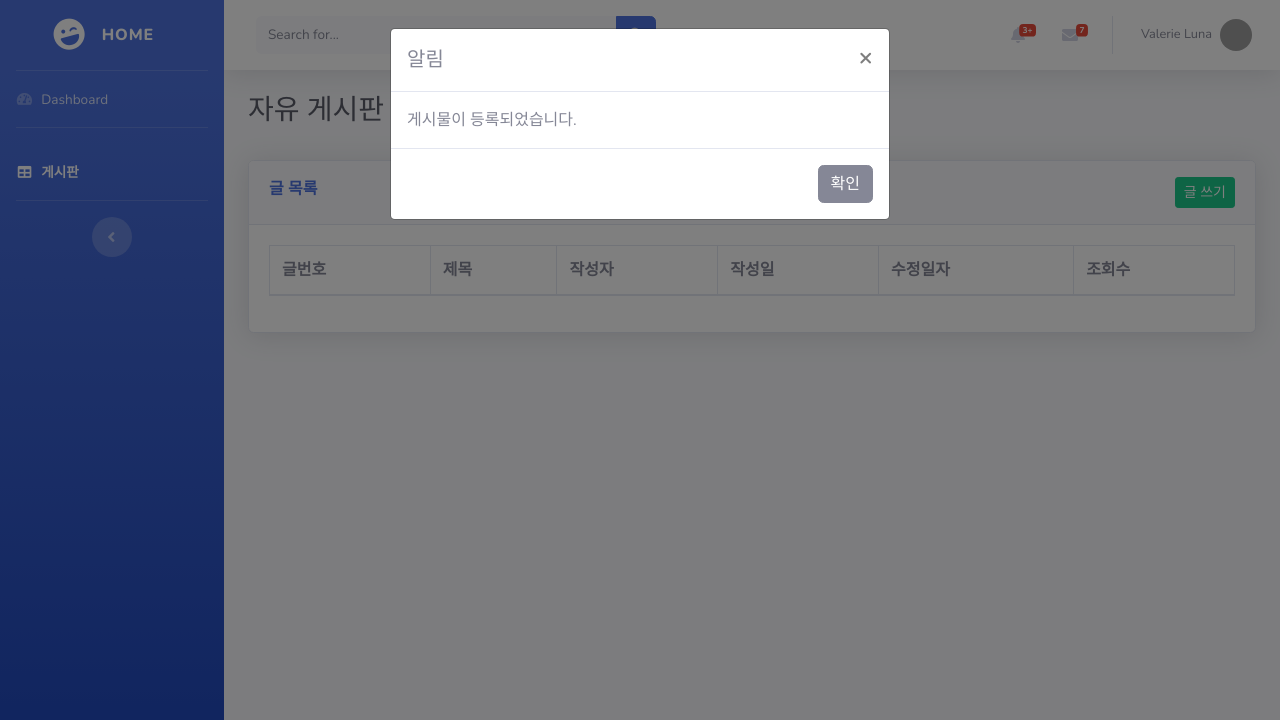
Repository: superThisMe/spring-basic
Page: http://localhost/06.spring-board-a/WEB-INF/views/board/list.jsp
These files come from the project's save history. The page is drawn as it stood at one moment and after a run of saves; the edit follows.
The browser window is 1280 px wide. The pictures show the whole page.
Pictures or frames that could not be fetched are drawn as grey boxes. The page is served by Tomcat 9. Nobody is signed in. The template is opened directly, without the code that normally fills it, so the values that code supplies are empty.

Above is the page before, as saved 2019-12-24 08:03:05.
Console error: TypeError: Cannot read properties of null (reading 'length')

After the next 2 saves:
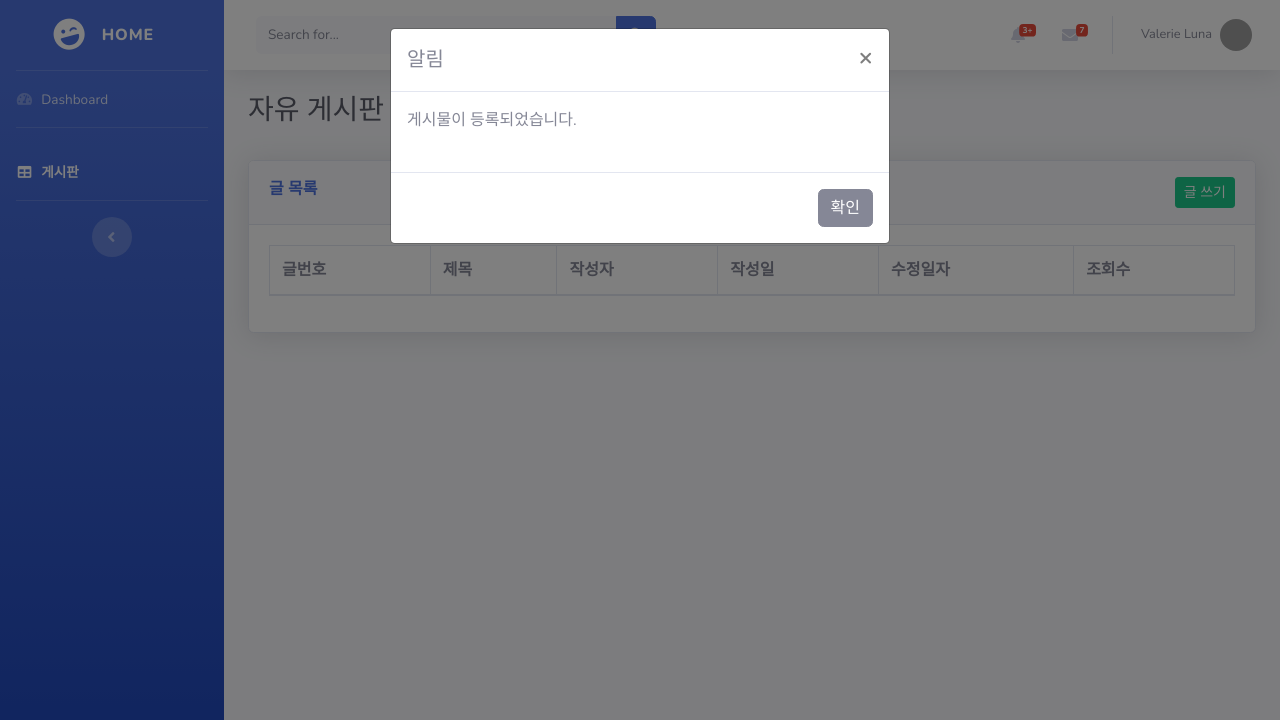
The 2 saves are shown as one change because they came seconds apart.
The last was saved 32 s later.
--- a/06.spring-board-a/src/main/webapp/WEB-INF/views/board/list.jsp
+++ b/06.spring-board-a/src/main/webapp/WEB-INF/views/board/list.jsp
@@ -115,7 +115,7 @@
 						<span aria-hidden="true">×</span>
 					</button>
 				</div>
-				<div class="modal-body">게시물이 등록되었습니다.</div>
+				<div class="modal-body">게시물이 등록되었습니다.<br><br></div>
 				<div class="modal-footer">
 					<button class="btn btn-secondary" type="button"
 						data-dismiss="modal">확인</button>
